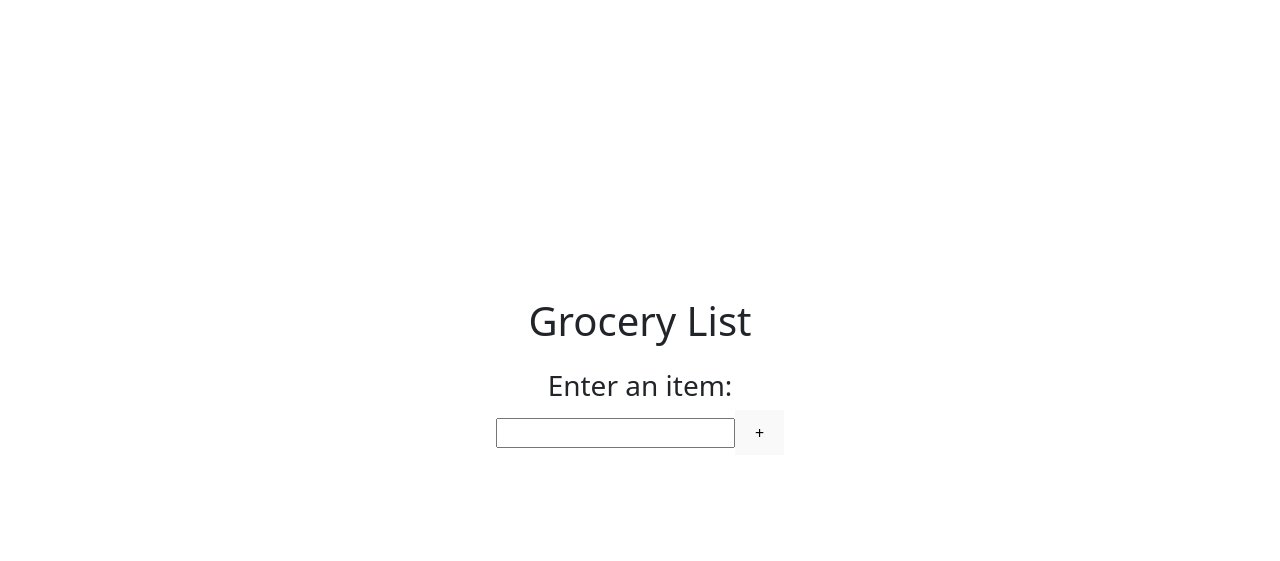
Repository: JuliaW05/CS491
Page: / (app in GroceryList/)
An editor plug-in stored every save of this project. The page is shown before and after the next save, followed by the edit.
The browser window is 1280 px wide. The pictures show the whole page.
The project was rebuilt for these pictures with package versions that can differ from the ones it lists, and the page was loaded fresh each time. Also part of the build but not shown: GroceryList/vite.config.js.

Above is the page before, as saved 2026-03-04 23:38:51.

### GroceryList/index.html
<!doctype html>
<html lang="en">
  <head>
    <meta charset="UTF-8" />
    <link rel="icon" type="image/svg+xml" href="/vite.svg" />
    <meta name="viewport" content="width=device-width, initial-scale=1.0" />
    <title>grocery-list</title>
  </head>
  <body>
    <div id="root"></div>
    <script type="module" src="/src/main.jsx"></script>
  </body>
</html>

### GroceryList/src/App.jsx
import { useState } from "react";
import "./App.css";
import "bootstrap/dist/css/bootstrap.min.css";
import GroceryList from "./GroceryList";

function App() {
  return (
    <>
      <div className="container text-center mt-5">
        <h1 className="mb-4">Grocery List</h1>
        <GroceryList></GroceryList>
      </div>
    </>
  );
}

export default App;

### GroceryList/src/GroceryList.jsx
import "./App.css";
import { useState } from "react";

const GroceryList = () => {
  const [list, setList] = useState([]);
  const [item, setItem] = useState("");

  const addItem = () => {
    setList([...list, item]);
    setItem("");
  };

  return (
    <div>
        <h3>Enter an item:</h3>
      <input
        type="text"
        value={item}
        onChange={(e) => setItem(e.target.value)} />
      <button onClick={addItem}>+</button>

      <ul>
        {" "}
        {list.map((i, index) => (
          <li key={index}>{i}</li>
        ))}
      </ul>
    </div>
  );
};

export default GroceryList;

Loaded but not shown: GroceryList/src/main.jsx (common file); GroceryList/src/index.css (common file); GroceryList/src/App.css (common file)

After the next save:
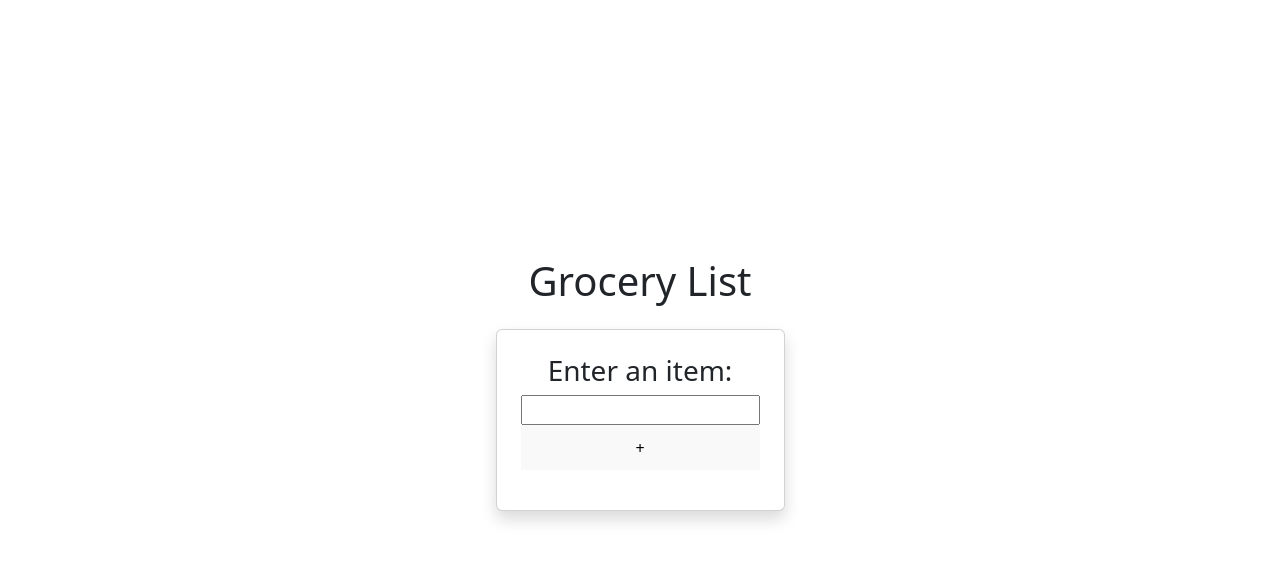
Saved 34 s later.
--- a/GroceryList/src/GroceryList.jsx
+++ b/GroceryList/src/GroceryList.jsx
@@ -11,7 +11,7 @@ const GroceryList = () => {
   };
 
   return (
-    <div>
+    <div className="card p-4 shadow">
         <h3>Enter an item:</h3>
       <input
         type="text"
